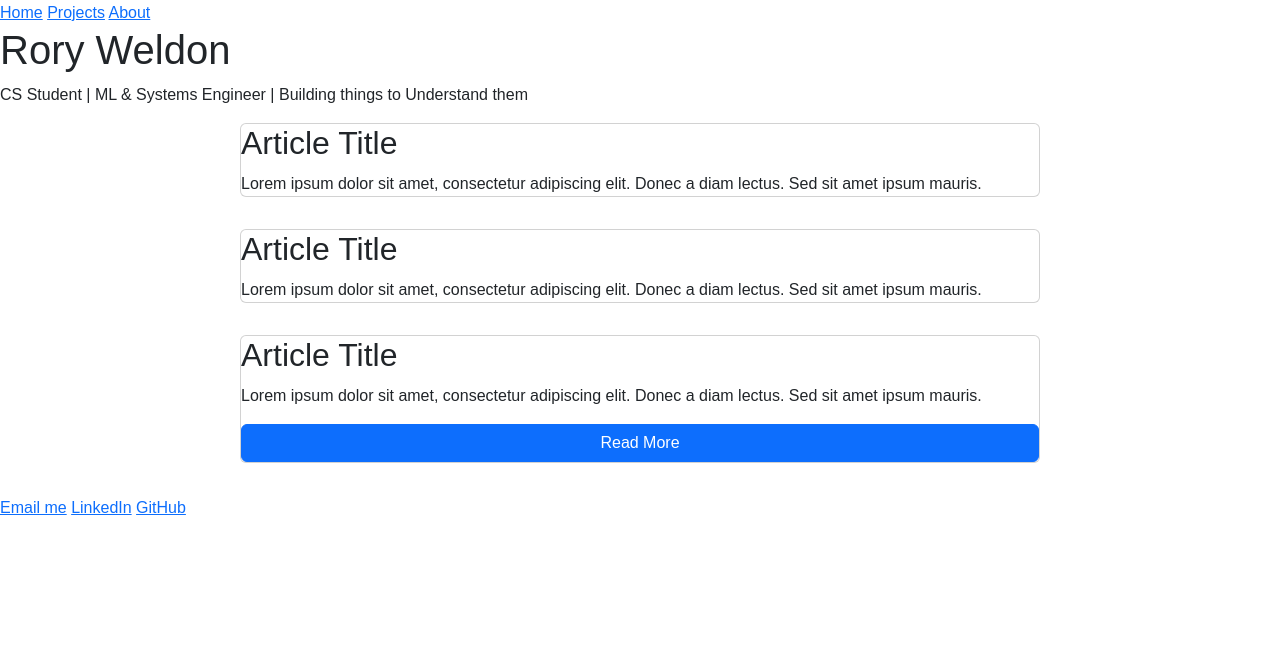
Repository: Art3misF0wl90/Portfolio
Page: index.html
The author's editor kept a copy of each file at every save. The page is drawn from the files as they stood at one save, then again after a run of saves.
The browser window is 1280 px wide. The pictures show the whole page.

Above is the page before, as saved 2026-06-17 18:58:59.

After the next 2 saves:
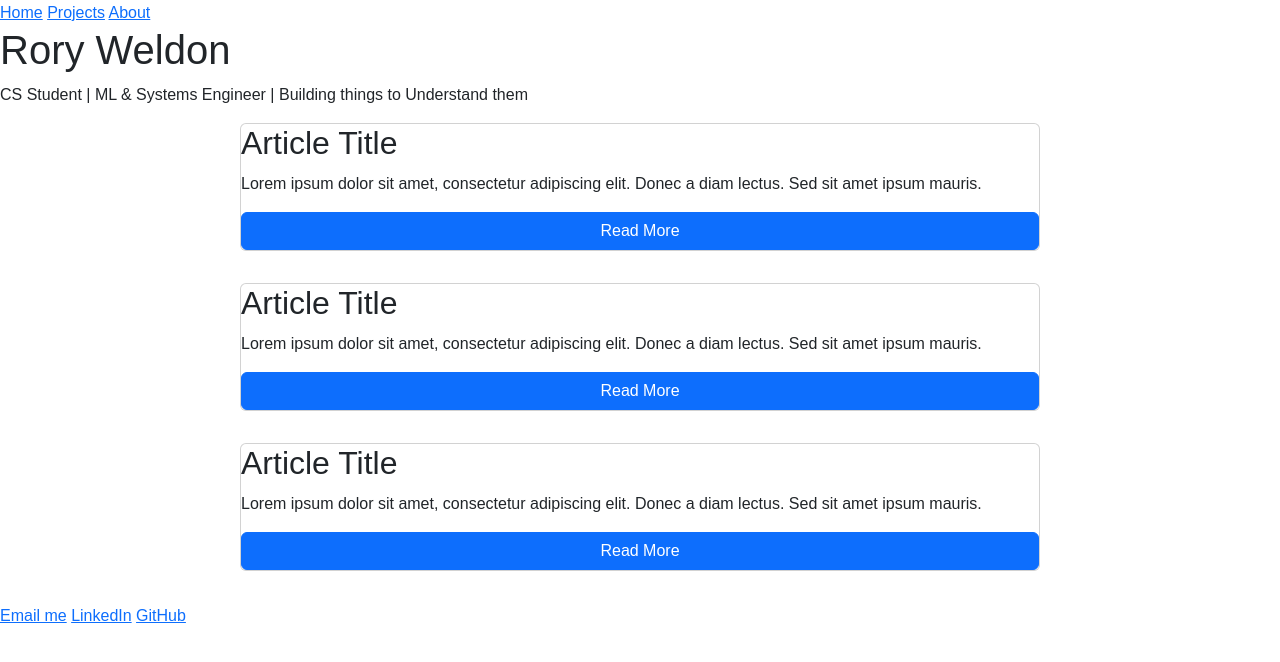
The 2 saves are shown as one change because they came seconds apart.
The last was saved 10 s later.
--- a/index.html
+++ b/index.html
@@ -38,6 +38,7 @@
           Lorem ipsum dolor sit amet, consectetur adipiscing elit. Donec a diam
           lectus. Sed sit amet ipsum mauris.
         </p>
+        <button class="btn btn-primary">Read More</button>
       </article>
       <article class="card">
         <h2 class="card-title">Article Title</h2>
@@ -45,6 +46,7 @@
           Lorem ipsum dolor sit amet, consectetur adipiscing elit. Donec a diam
           lectus. Sed sit amet ipsum mauris.
         </p>
+        <button class="btn btn-primary">Read More</button>
       </article>
       <article class="card">
         <h2 class="card-title">Article Title</h2>
